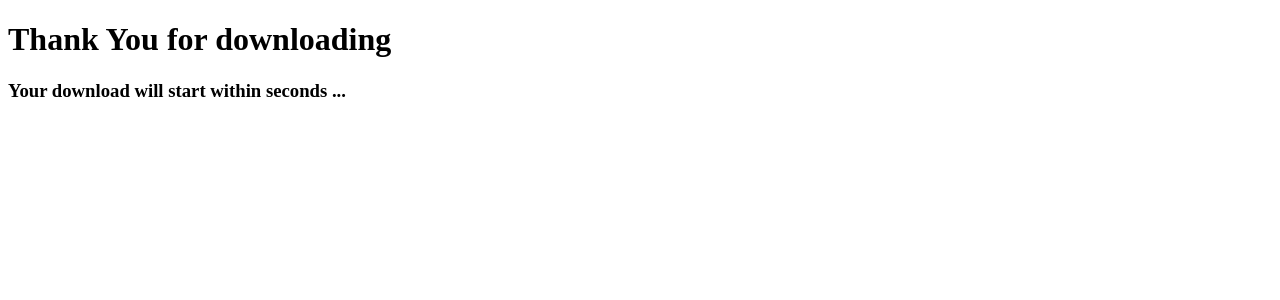
Repository: nimal96/Online-Gaming-Site---2nd-year-1st-semester-project
Page: http://localhost/project/paymentFinish.jsp
These files come from the project's save history. The page is drawn as it stood at one moment and after the next save; the edit follows.
The browser window is 1280 px wide. The pictures show the whole page.
The page is served by Tomcat 9.

Above is the page before, as saved 2018-05-19 09:18:47.

After the next save:
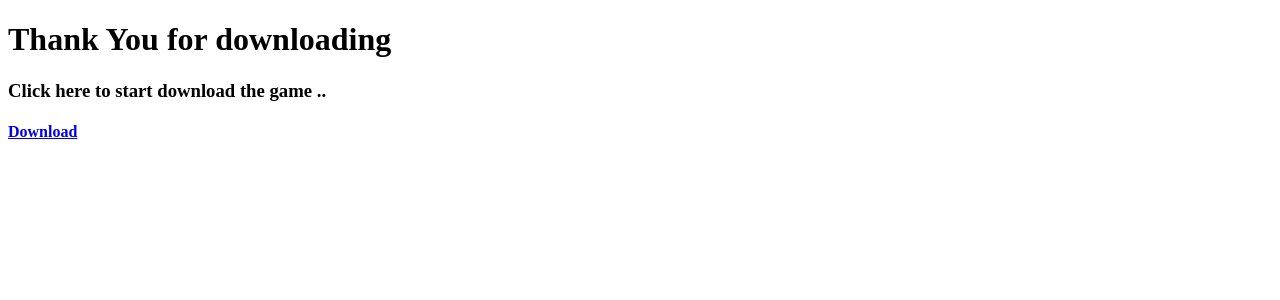
Saved 3 min 7 s later.
--- a/project/WebContent/paymentFinish.jsp
+++ b/project/WebContent/paymentFinish.jsp
@@ -7,7 +7,10 @@
 <title>Thanks for downloading</title>
 </head>
 <h1> Thank You for downloading</h1>
-<h3> Your download will start within seconds ...</h3>
+
+<h3> Click here to start download the game ..</h3>
+
+<h4><a href = "DownloadFile" > Download</a></h4>
 
 
 <body>
